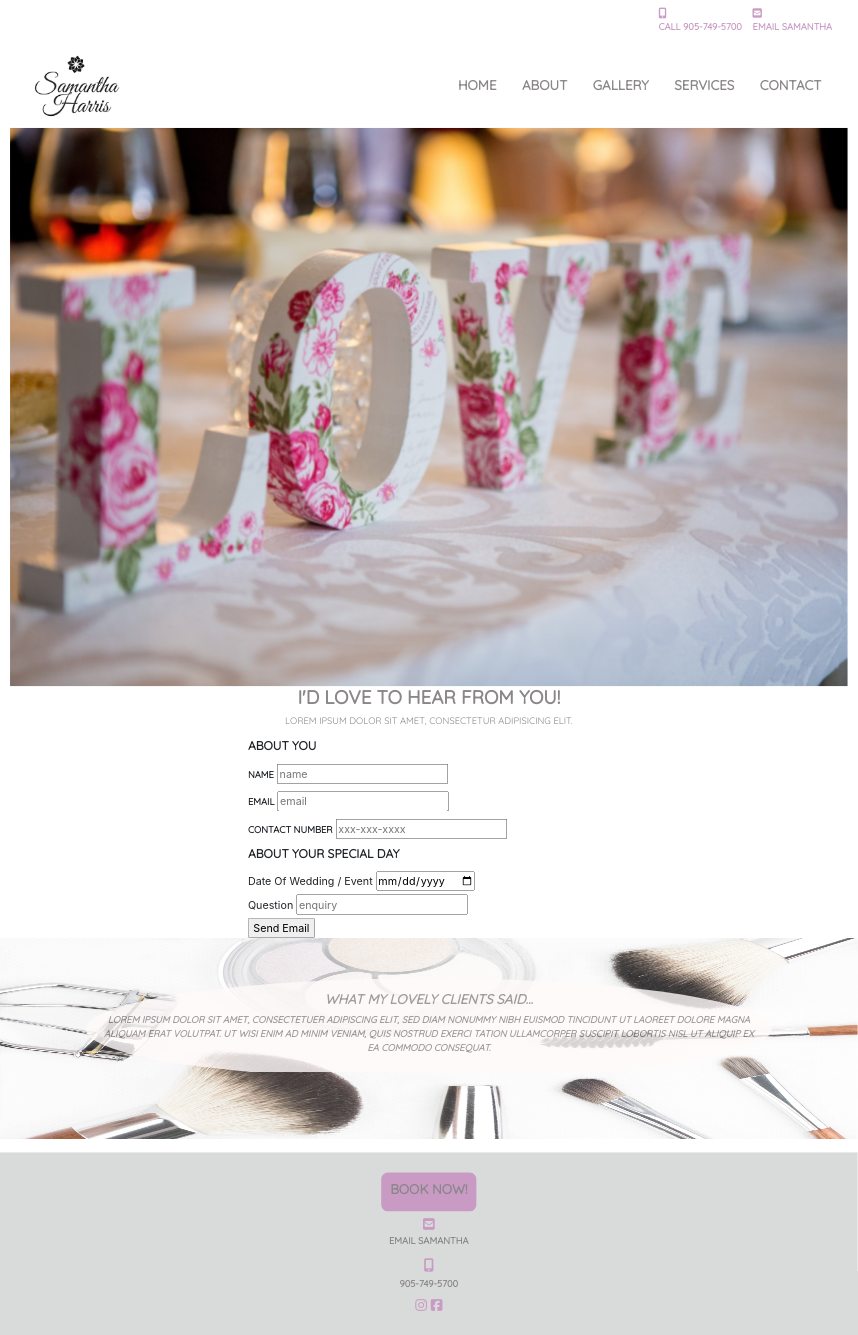
Repository: JayneyNix/milestone-1-UCFD
Page: contact.html
The author's editor kept a record of every edit. The page is drawn from the files as they stood at one moment, then again after the next edit.
The browser window is 1280 px wide. The pictures show the whole page, at 67% of full size.
Some web libraries are served in a nearby version.

Above is the page before.

After the next edit:
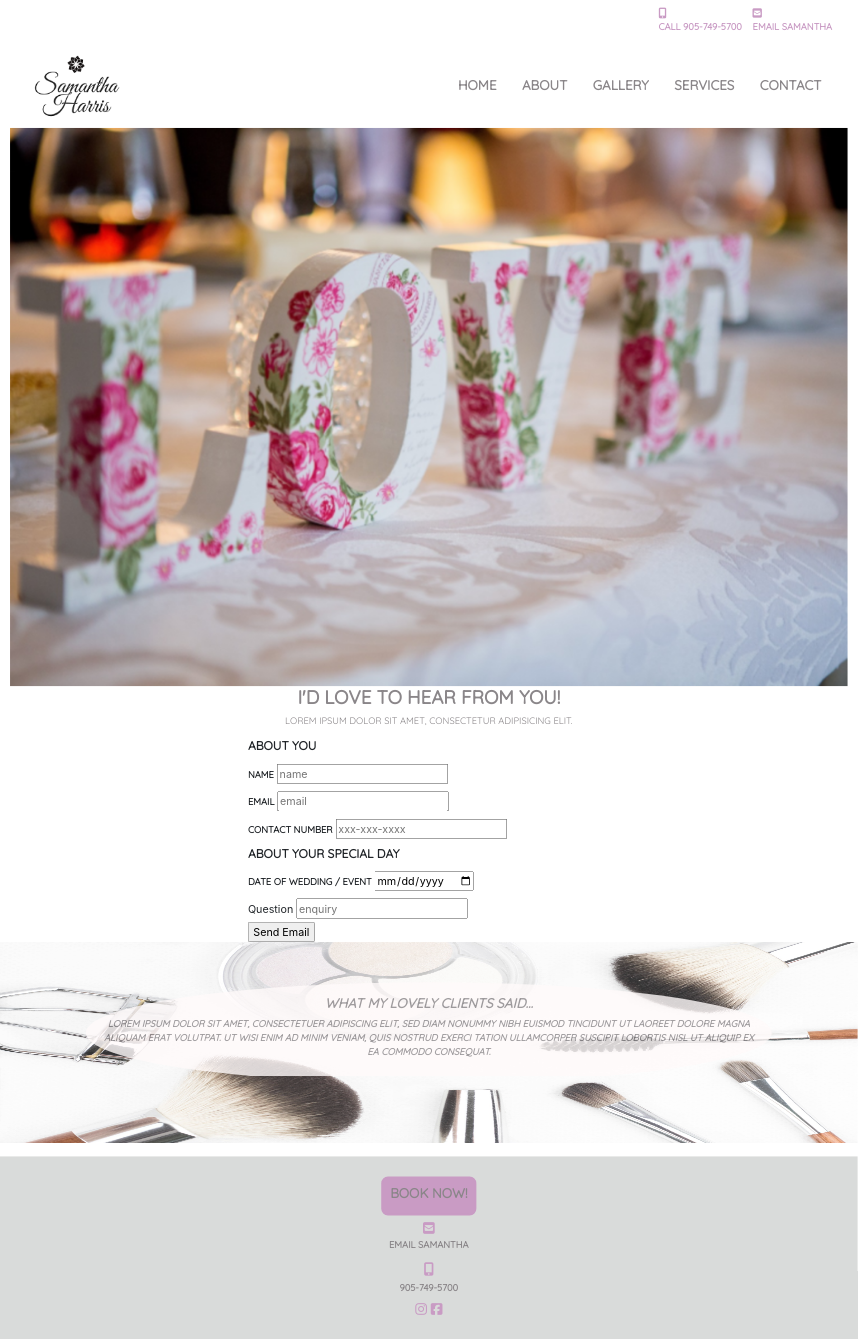
The edit:
--- a/contact.html
+++ b/contact.html
@@ -103,7 +103,7 @@
         </fieldset>
         <fieldset>
             <legend class="fieldset-2"><h3 class="h3 headings">About Your Special Day</h3></legend>
-            <label for="event-date">Date Of Wedding / Event</label>
+            <label for="event-date"><h5 class="h5 headings">Date Of Wedding / Event</h5></label>
             <input type="date" id="event-date" placeholder="event-date" name="Event-Date"><br>
 <div class="last-input">
             <label for="question">Question</label>
